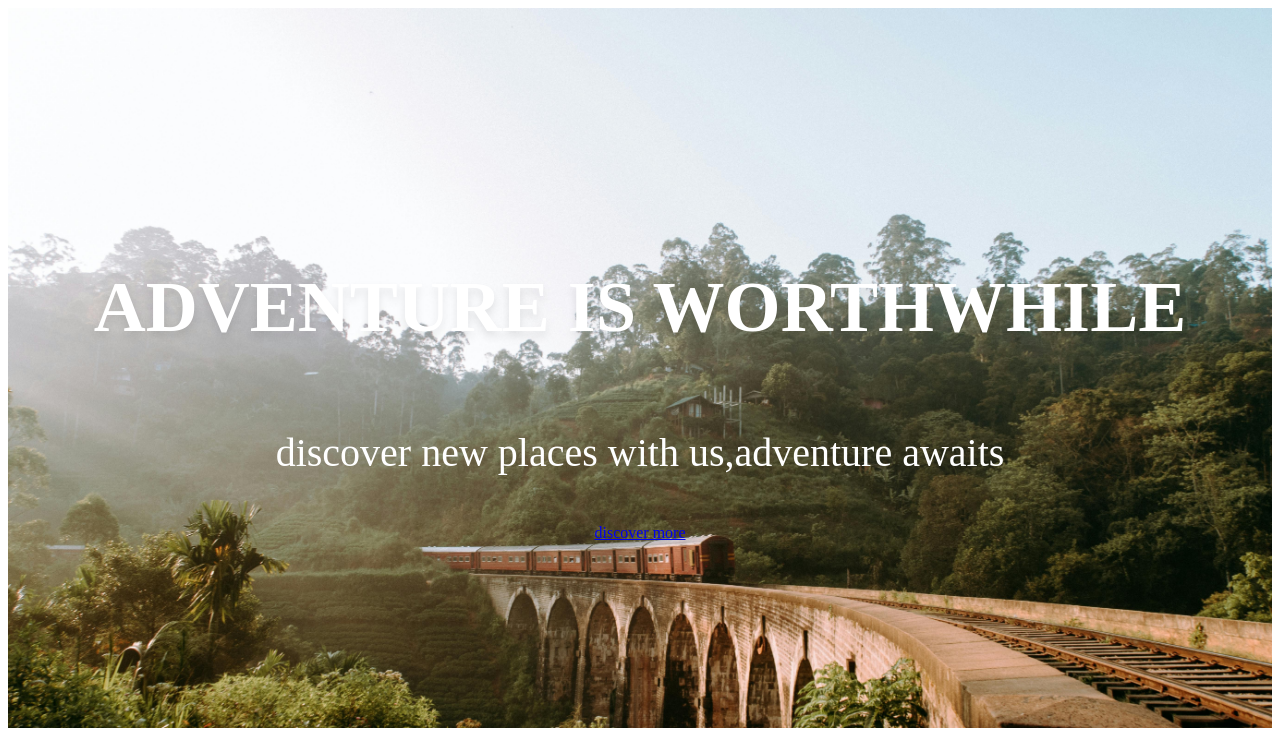
Repository: KasunInd27/Ceylon-Journey
Page: Home/home.html
The author's editor kept a copy of each file at every save. The page is drawn from the files as they stood at one save, then again after the next save.
The browser window is 1280 px wide. The pictures show the whole page.

Above is the page before, as saved 2024-10-05 11:06:24.

After the next save:
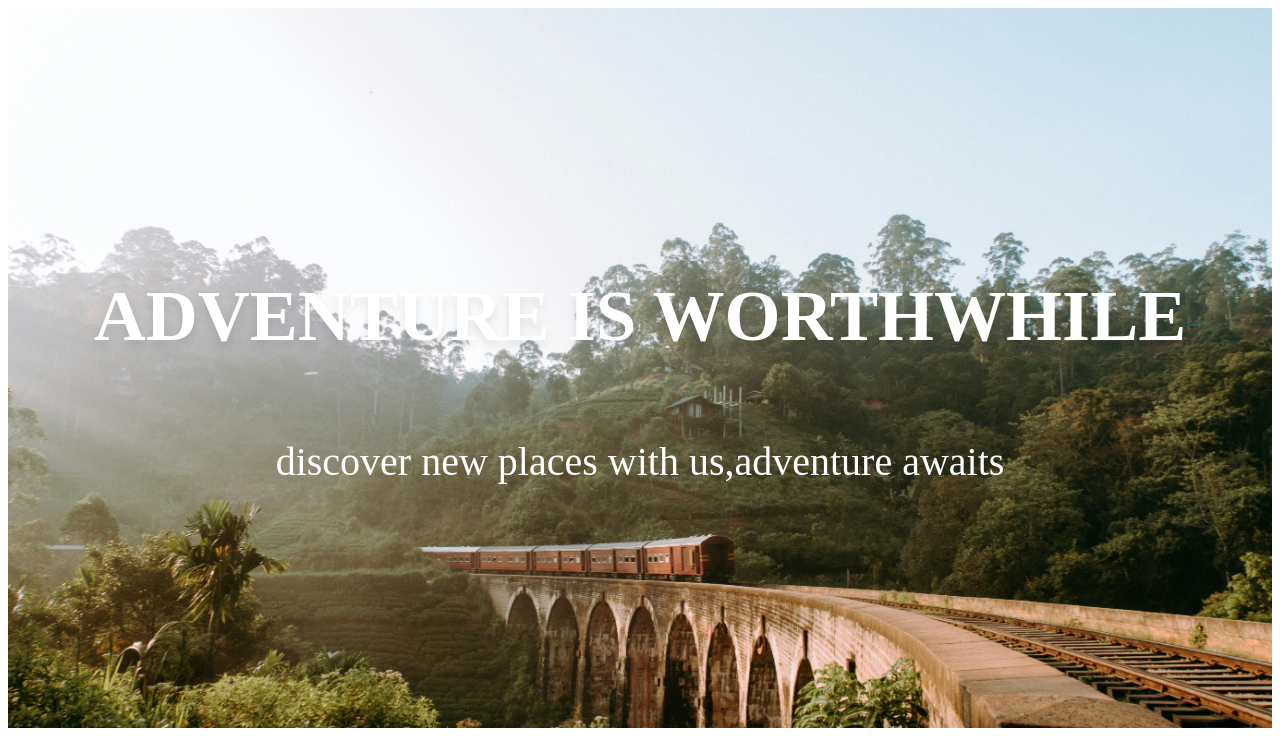
Saved 18 s later.
--- a/Home/home.html
+++ b/Home/home.html
@@ -16,7 +16,6 @@
         <div class="content">
             <h3>adventure is worthwhile</h3>
             <p>discover new places with us,adventure awaits</p>
-            <a href="#" class="btn">discover more</a>
         </div>
 
         <div class="controls">
